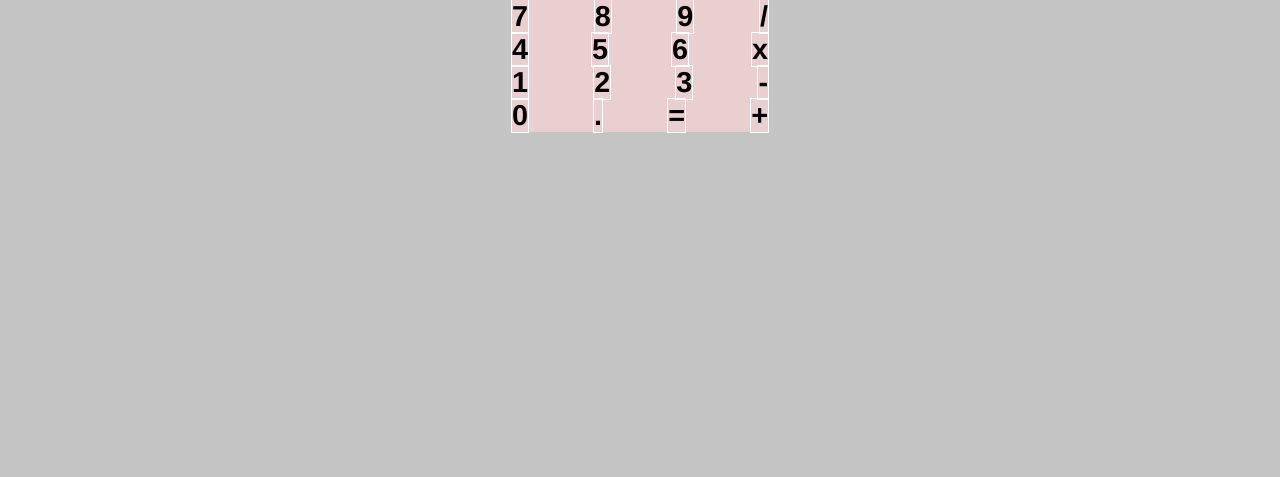
Repository: raulpenate/Calculadora-VUE3
Page: /
An editor plug-in stored every save of this project. The page is shown before and after the next save, followed by the edit.
The browser window is 1280 px wide. The pictures show the whole page.
The project was rebuilt for these pictures with package versions that can differ from the ones it lists, and the page was loaded fresh each time. Also part of the build but not shown: src/components/HelloWorld.vue.

Above is the page before, as saved 2022-03-11 08:32:41.

### src/App.vue
<template>
  <HelloWorld msg="Welcome to Your Vue.js App"/>
  <Calculator/>
</template>

<script>
import HelloWorld from './components/HelloWorld.vue'
import Calculator from './components/Calculator.vue'

export default {
  name: 'App',
  components: {
    Calculator
  }
}
</script>

<style>
#app {
  font-family: Avenir, Helvetica, Arial, sans-serif;
  -webkit-font-smoothing: antialiased;
  -moz-osx-font-smoothing: grayscale;
}
</style>

### src/components/Calculator.vue
<template>
  <div class="carcasa">
    <div class="pantalla"></div>
    <div class="fila">
        <div class="boton">7</div>
        <div class="boton">8</div>
        <div class="boton">9</div>
        <div class="boton">/</div>
    </div>
    <div class="fila">
        <div class="boton">4</div>
        <div class="boton">5</div>
        <div class="boton">6</div>
        <div class="boton">x</div>
    </div>
    <div class="fila">
        <div class="boton">1</div>
        <div class="boton">2</div>
        <div class="boton">3</div>
        <div class="boton">-</div>
    </div>
    <div class="fila">
        <div class="boton">0</div>
        <div class="boton">.</div>
        <div class="boton">=</div>
        <div class="boton">+</div>
    </div>
  </div>
</template>

<script>
export default {};
</script>

<style>
*{
    padding: 0;
    margin: 0;
    box-sizing: border-box;
}

body{
    background: #c4c4c4;
    margin: auto 40%;
}

.carcasa{
    background: rgb(233, 207, 207);
    display: flex;
    flex-flow: wrap column;
}

.fila{
    font-weight: bold;
    font-size: 4vh;
    display: flex;
    flex-flow: wrap row;
    justify-content: space-between;
}

.boton{
    outline: 1px solid #fff;
    padding: 0%;
}


</style>

Loaded but not shown: public/index.html (common file); src/main.js (common file)

After the next save:
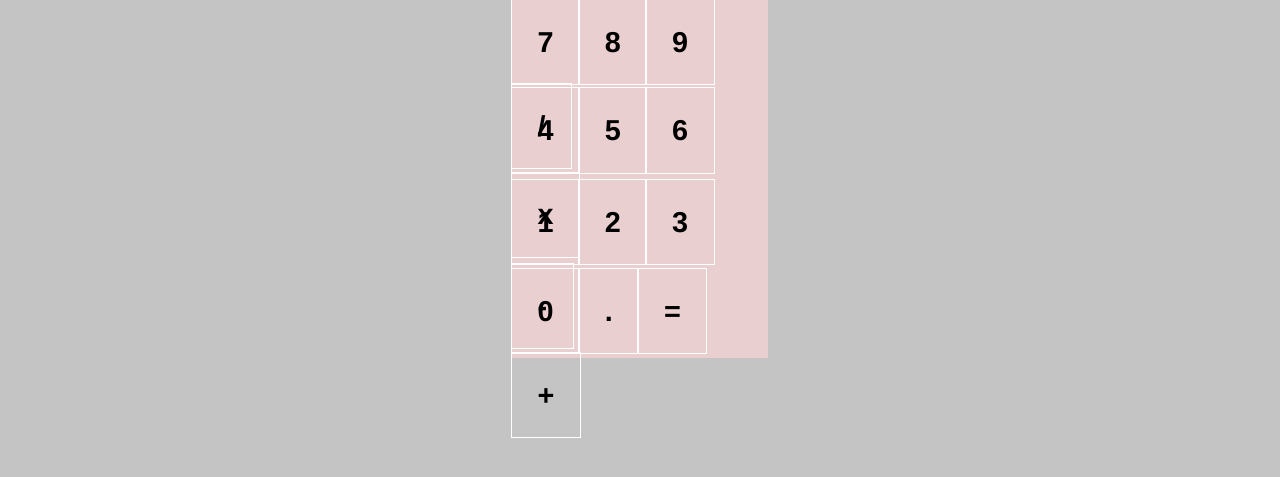
Saved 14 s later.
--- a/src/components/Calculator.vue
+++ b/src/components/Calculator.vue
@@ -55,12 +55,12 @@ body{
     font-size: 4vh;
     display: flex;
     flex-flow: wrap row;
-    justify-content: space-between;
+
 }
 
 .boton{
     outline: 1px solid #fff;
-    padding: 0%;
+    padding: 10%;
 }
 
 
